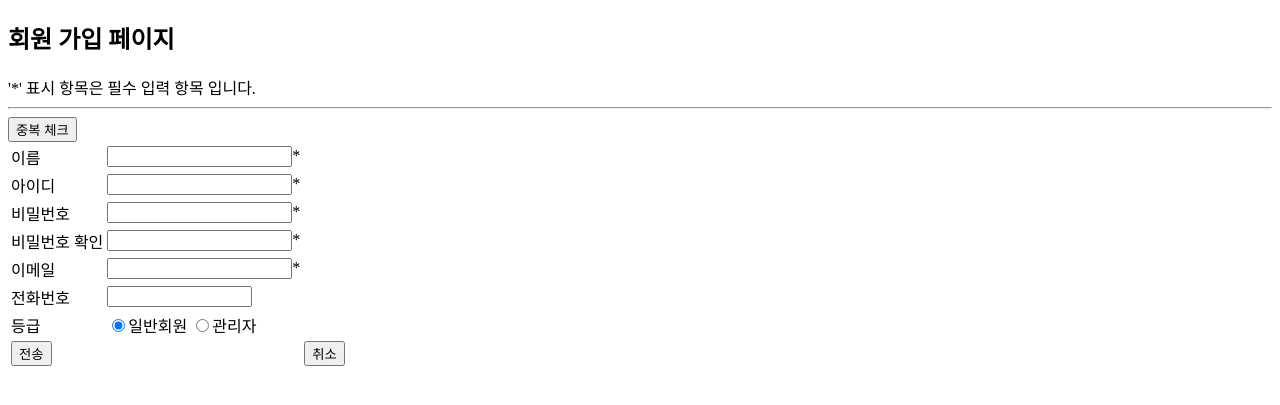
Repository: totesbk/JSP-
Page: http://localhost/web09/join.do
The author's editor kept a copy of each file at every save. The page is drawn from the files as they stood at one save, then again after the next save.
The browser window is 1280 px wide. The pictures show the whole page.
The page is served by Tomcat 9. Other server files are loaded and not shown.

Above is the page before, as saved 2020-10-14 01:49:39.
Console error: SyntaxError: Invalid or unexpected token

### web09/WebContent/member/join.jsp
<%@ page language="java" contentType="text/html; charset=UTF-8"
    pageEncoding="UTF-8"%>
<!DOCTYPE html>
<html>
<head>
<meta charset="UTF-8">
<title>Insert title here</title>
<script type="text/javascript" src="script/member.js"></script>
</head>
<body>
<h2>회원 가입 페이지</h2>
'*' 표시 항목은 필수 입력 항목 입니다.
<hr>
   <form action="join.do" method="post" name="frm">
   		 <table>
   		<tr>
   			<td>이름</td>
   			<td><input type="text" name="name" size="20">*</td>
   		</tr>
   		<tr>
   			<td>아이디</td>
   			<td><input type="text" name="userid" size="20">*</td>
   			<input type="hidden" name="reid" size="20">
   			<input type="button" value="중복 체크" onclick="idCheck()">
   		</tr>
   		<tr>
   			<td>비밀번호</td>
   			<td><input type="password" name="userpwd" size="20">*</td>
   		</tr>
   		<tr>
   			<td>비밀번호 확인</td>
   			<td><input type="password" name="pwd_check" size="20">*</td>
   		</tr>
   		<tr>
   			<td>이메일</td>
   			<td><input type="text" name="email" size="20">*</td>
   		</tr>

   		<tr>
   			<td>전화번호</td>
   			<td><input type="text" name="phone" size="15"></td>
   		</tr>

   		<tr>
   			<td>등급</td>
   			<td>
   			<input type="radio" name="admin" value="0" checked="checked">일반회원
   			<input type="radio" name="admin" value="1">관리자
   			</td>
   		</tr>

   		<tr>
   			<td colspan="2">
   			<input type="submit" value="전송" onclick="return joinCheck()">
   			<td><input type="reset" value="취소"></td>
   			</td>
   		</tr>
   		<tr>
   			<td colspan="2">${message}</td>
   		</tr>

   </table>
    </form>

</body>
</html>

### web09/src/com/green/controller/joinServlet.java
package com.green.controller;

import java.io.IOException;

import javax.servlet.RequestDispatcher;
import javax.servlet.ServletException;
import javax.servlet.annotation.WebServlet;
import javax.servlet.http.HttpServlet;
import javax.servlet.http.HttpServletRequest;
import javax.servlet.http.HttpServletResponse;

/**
 * Servlet implementation class joinServlet
 */
@WebServlet("/join.do")
public class joinServlet extends HttpServlet {
	private static final long serialVersionUID = 1L;

    /**
     * @see HttpServlet#HttpServlet()
     */
    public joinServlet() {
        super();
        // TODO Auto-generated constructor stub
    }

	/**
	 * @see HttpServlet#doGet(HttpServletRequest request, HttpServletResponse response)
	 */
	protected void doGet(HttpServletRequest request, HttpServletResponse response) throws ServletException, IOException {
		RequestDispatcher dispatcher = request.getRequestDispatcher("member/join.jsp");
	      dispatcher.forward(request, response);

	}

	/**
	 * @see HttpServlet#doPost(HttpServletRequest request, HttpServletResponse response)
	 */
	protected void doPost(HttpServletRequest request, HttpServletResponse response) throws ServletException, IOException {
		// TODO Auto-generated method stub
		doGet(request, response);
	}

}

### web09/WebContent/script/member.js
/**
 *
 */

function loginCheck(){
	if(document.frm.userid.value.length == 0){
		alert('아이디를 입력 해주세요.');
		frm.userid.focus();
		return false;
	}
	if(document.frm.userpwd.value.length == ""){
		alert('비밀번호는 반드시 입력해야 합니다.');
		frm.userpwd.focus();
		return false;
	}
	return true;
}
	function idCheck(){
		if(document.frm.userid.value.length == 0){
		alert('아이디를 입력 해주세요.');
		frm.userid.focus();
		return;
	}
	var url = "idCheck.do?userid="+document.frm.userid.value;
	window.open(url,"_blank_1","toolbar=no,menubar=no,scrollbars=yes,resizable=no,
	width=450,height=200");
}
function idok(userid){
	opener.frm.userid.value = document.frm.userid.value;
	opener.frm.reid.value = document.frm.userid.value;
	self.close();
}

After the next save:
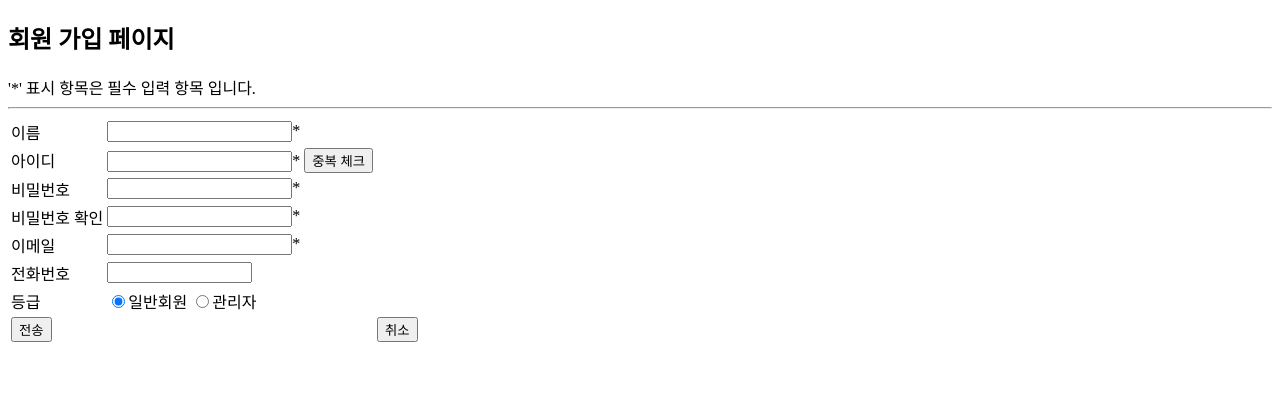
Saved 38 s later.
--- a/web09/WebContent/member/join.jsp
+++ b/web09/WebContent/member/join.jsp
@@ -19,9 +19,11 @@
    		</tr>
    		<tr>
    			<td>아이디</td>
-   			<td><input type="text" name="userid" size="20">*</td>
+   			<td>
+   			<input type="text" name="userid" size="20">*
    			<input type="hidden" name="reid" size="20">
    			<input type="button" value="중복 체크" onclick="idCheck()">
+   			</td>
    		</tr>
    		<tr>
    			<td>비밀번호</td>
